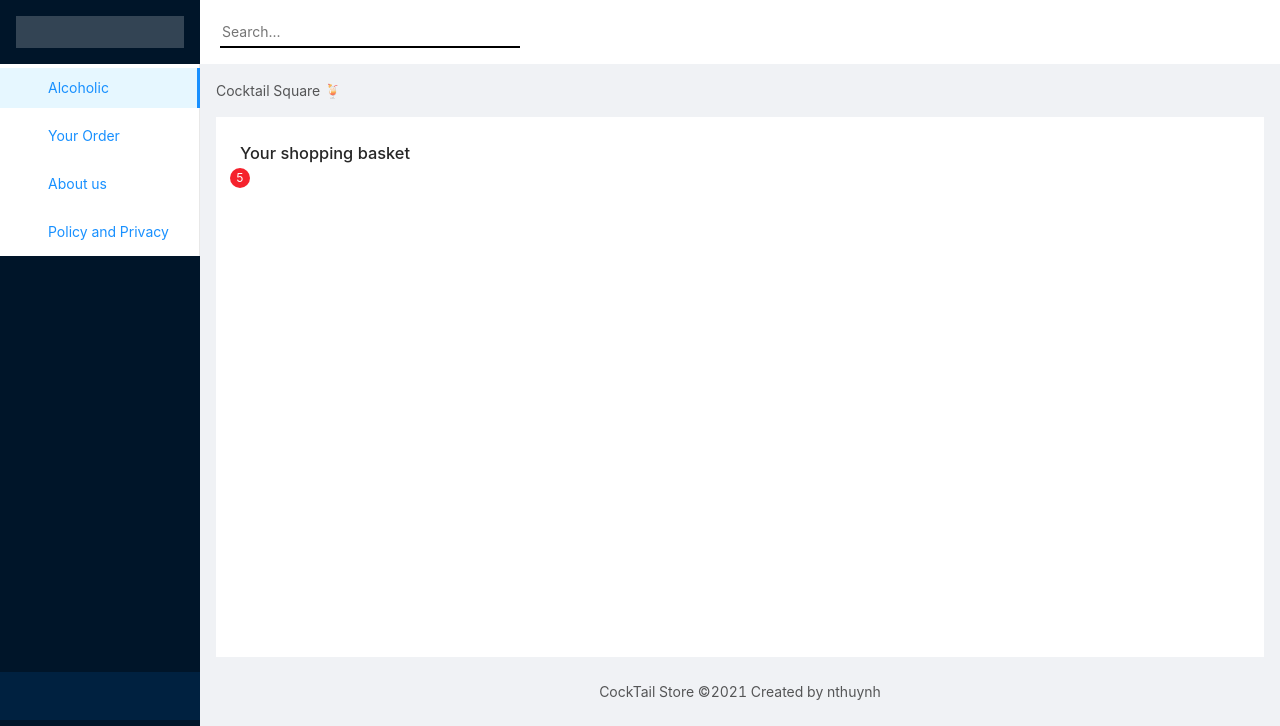
Repository: huynhnt1406/cocktail
Page: /yourorder
An editor plug-in stored every save of this project. The page is shown before and after the next save, followed by the edit.
The browser window is 1280 px wide. The pictures show the whole page.
The project was rebuilt for these pictures with package versions that can differ from the ones it lists, and the page was loaded fresh each time. Also part of the build but not shown: src/components/CockTail.vue, src/components/DetailPage.vue, src/components/AboutUs.vue, src/components/PolicyandPrivacy.vue.

Above is the page before, as saved 2021-05-07 02:58:11.

After the next save:
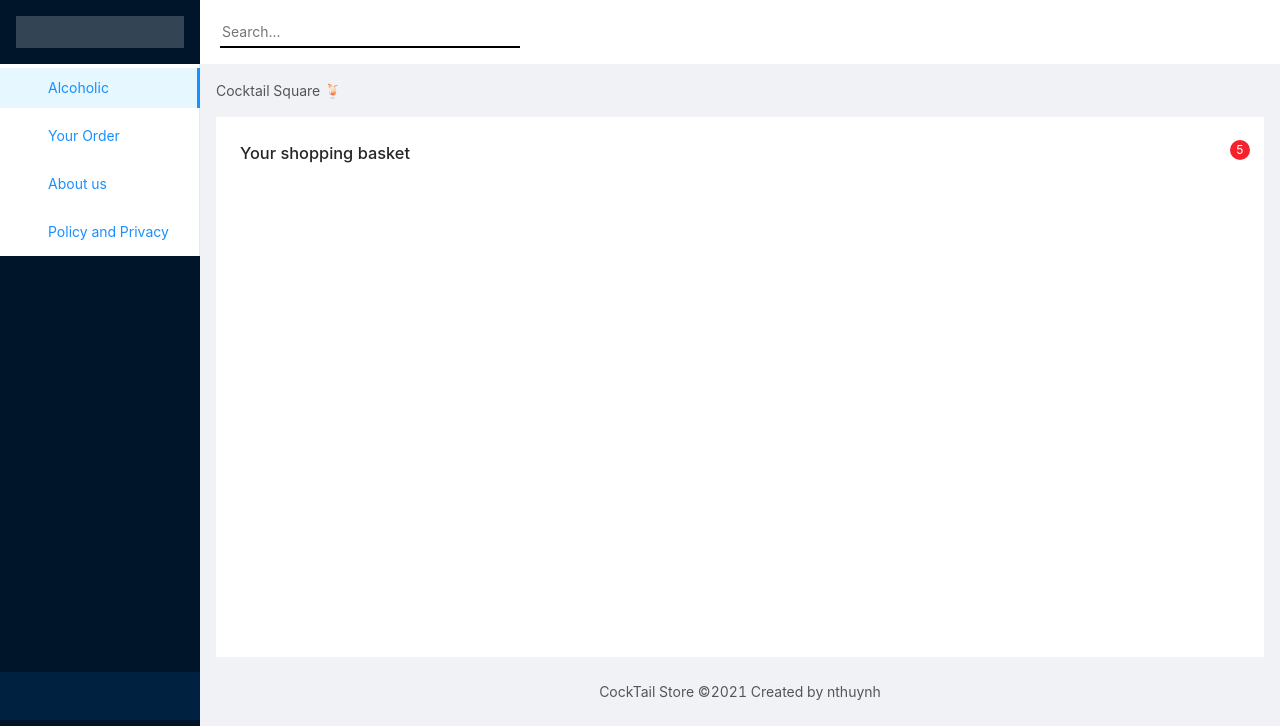
Saved 21 s later.
--- a/src/components/Order.vue
+++ b/src/components/Order.vue
@@ -64,4 +64,9 @@ export default {
   justify-content: center;
   align-items: center;
 }
+.order-header{
+  display: flex;
+  justify-content: space-between;
+  align-items: center;
+}
 </style>
